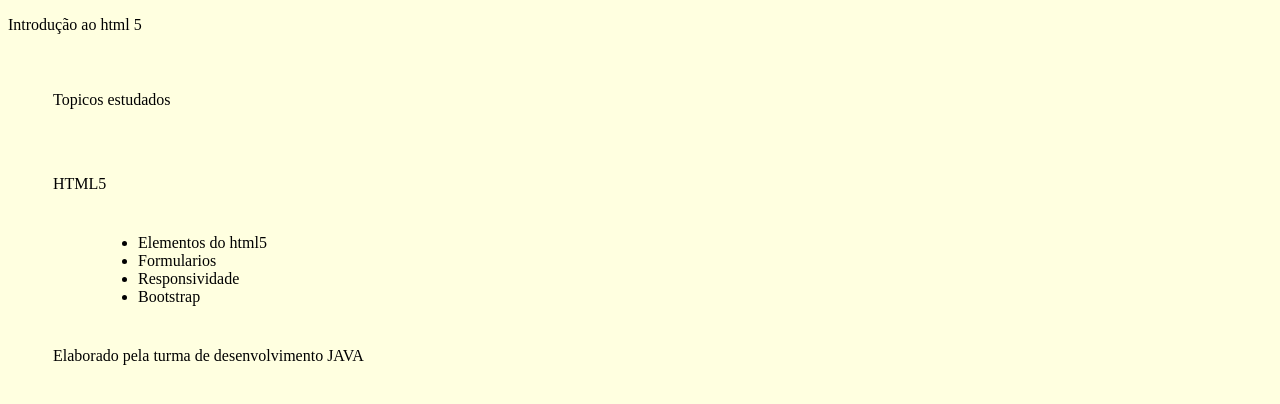
Repository: NicholasMaestrello/treinamento-impacta
Page: DesenvolvimentoJava/Modulo06/01_ConceitosHTMLCSS/WebContent/index5.html
An editor plug-in stored every save of this project. The page is shown before and after the next save, followed by the edit.
The browser window is 1280 px wide. The pictures show the whole page.

Above is the page before, as saved 2017-10-17 17:30:55.

### DesenvolvimentoJava/Modulo06/01_ConceitosHTMLCSS/WebContent/index5.html
<!DOCTYPE html>
<html>
<head>
<meta charset="UTF-8" />
<title>Index padrão html5</title>
<link href="css/Estilos.css" rel="stylesheet" />
</head>
<body>
	<p>Introdução ao html 5</p>
	<nav class="margem nav">
		<p>Topicos estudados</p>
	</nav>
	<section class="margem section">
		<header class="header">
			HTML5
		</header>
		<article class="margem article">
			<ul>
				<li>Elementos do html5</li>
				<li>Formularios</li>
				<li>Responsividade</li>
				<li>Bootstrap</li>
			</ul>
		</article>
		<footer class="footer">
			Elaborado pela turma de desenvolvimento JAVA
		</footer>
	</section>
</body>
</html>

### DesenvolvimentoJava/Modulo06/01_ConceitosHTMLCSS/WebContent/css/Estilos.css
body {
	background-color: lightyellow;
}

.margem {
	margin-left: 20px;
	margin-right: 20px;
	padding: 25px;
}

.margem-titulo {
	font-family: Verdana, Tahoma;
	font-size: 30px;
	background-color: #00FFFF;
}

.margem-conteudo {
	border: 1px solid #884513;
	color: blue;
	border-radius: 5px;
}

.cabecalho {
	font-weight: bold;
	color: #DC8Ff8F;
}

.texto {
	font-family: Tahoma;
	font-size: 12px;
}

.rodape {
	font-size: 10px;
	background-color: #696969;
	color: #FFFFFF;
	text-align: center;
}

After the next save:
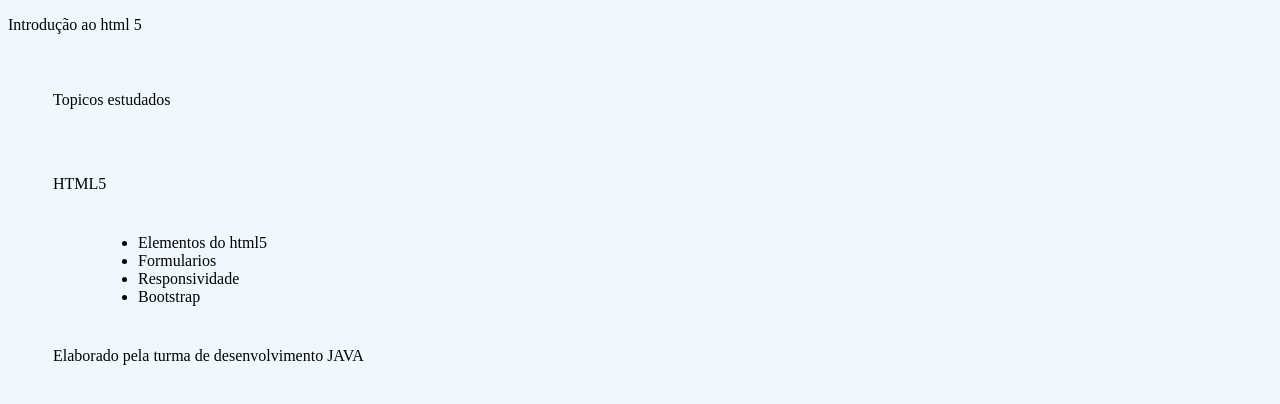
Saved 60 s later.
--- a/DesenvolvimentoJava/Modulo06/01_ConceitosHTMLCSS/WebContent/css/Estilos.css
+++ b/DesenvolvimentoJava/Modulo06/01_ConceitosHTMLCSS/WebContent/css/Estilos.css
@@ -1,5 +1,5 @@
 body {
-	background-color: lightyellow;
+	background-color: #F0F8FF;
 }
 
 .margem {
